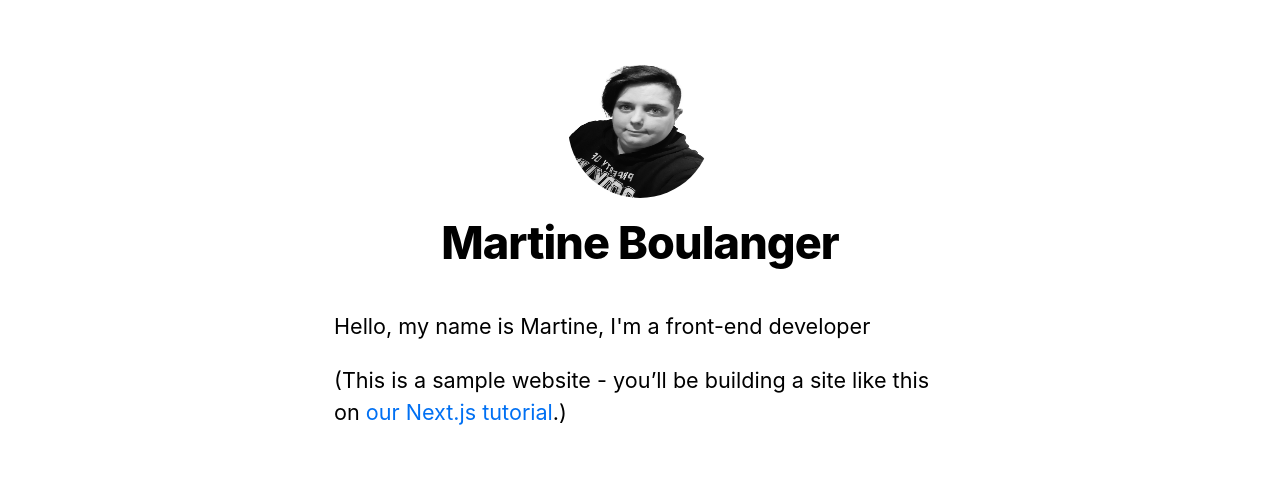
Repository: MartineBoulanger/nextjs-blog
Page: /
An editor plug-in stored every save of this project. The page is shown before and after a run of saves, followed by the edit.
The browser window is 1280 px wide. The pictures show the whole page.
The project was rebuilt for these pictures with package versions that can differ from the ones it lists, and the page was loaded fresh each time. The framework's server and built-in components were replaced by stand-ins that run in the browser. Also part of the build but not shown: next.config.js.

Above is the page before, as saved 2022-07-19 15:17:49.

After the next 2 saves:
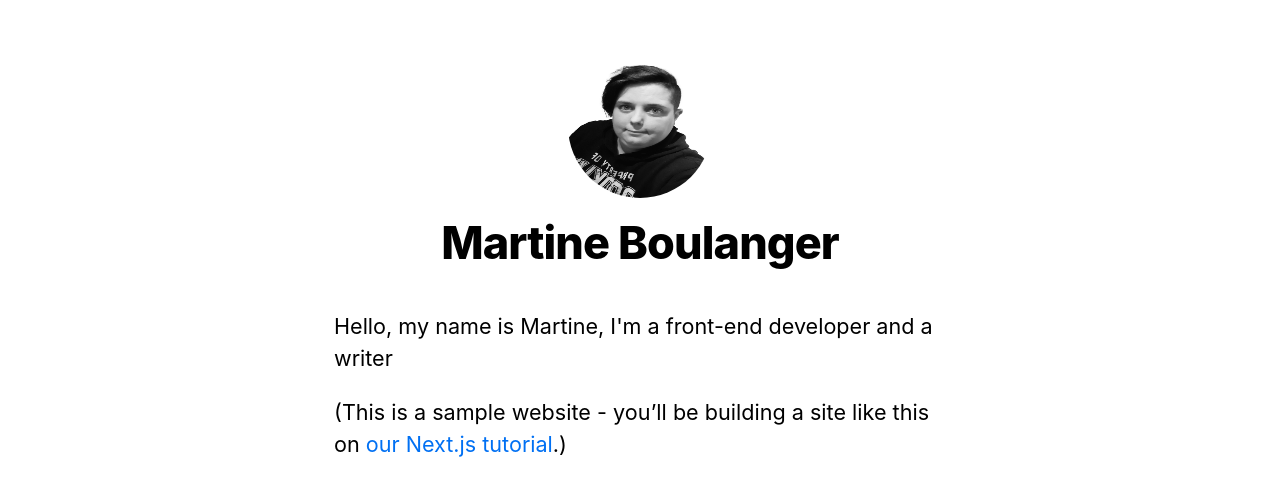
The 2 saves are shown as one change because they came seconds apart.
The last was saved 18 s later.
--- a/pages/index.js
+++ b/pages/index.js
@@ -9,7 +9,7 @@ export default function Home() {
         <title>{siteTitle}</title>
       </Head>
       <section className={utilStyles.headingMd}>
-        <p>Hello, my  name is Martine, I'm a front-end developer</p>
+        <p>Hello, my  name is Martine, I'm a front-end developer and a writer</p>
         <p>
           (This is a sample website - you’ll be building a site like this on{' '}
           <a href='https://nextjs.org/learn'>our Next.js tutorial</a>.)
